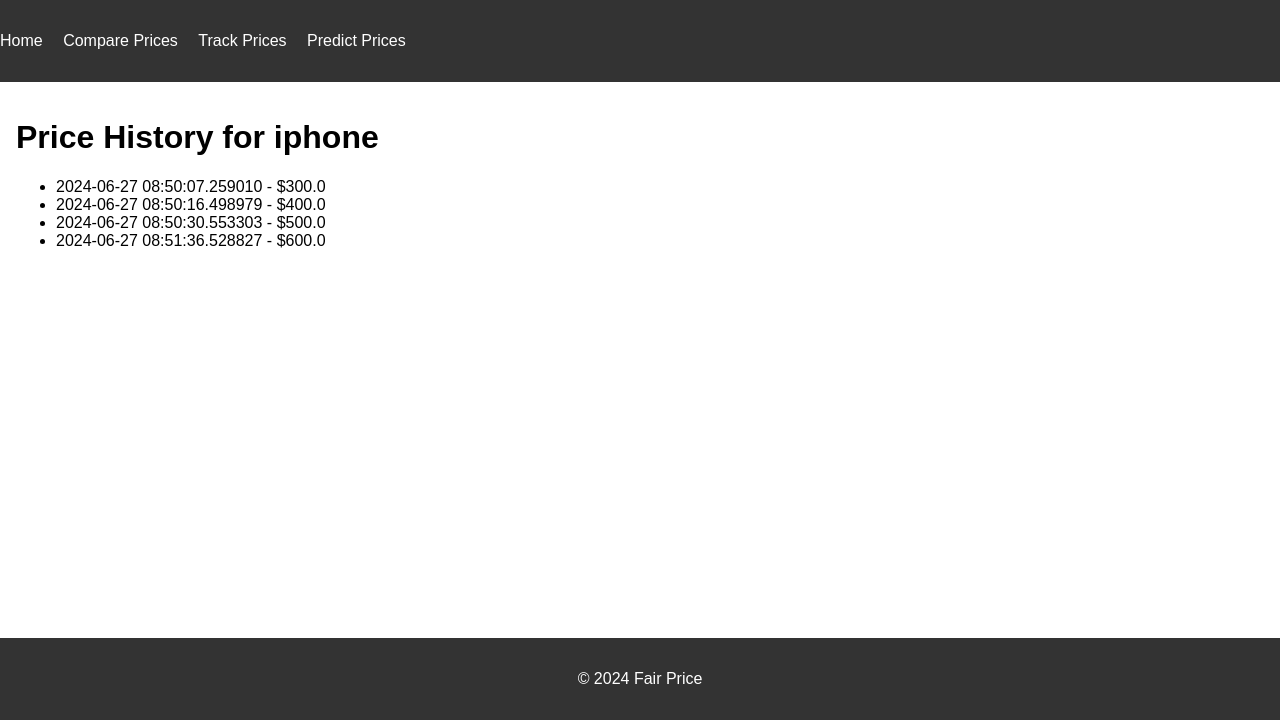
Repository: KanmegneTabouguie/Fairprice
Page: http://localhost/history/iphone
These files come from the project's save history. The page is drawn as it stood at one moment and after the next save; the edit follows.
The browser window is 1280 px wide. The pictures show the whole page.
The page is served by the project's application, run on Flask 3 (main.py). The page reads the database file committed with the project.

Above is the page before, as saved 2024-06-27 11:00:56.

After the next save:
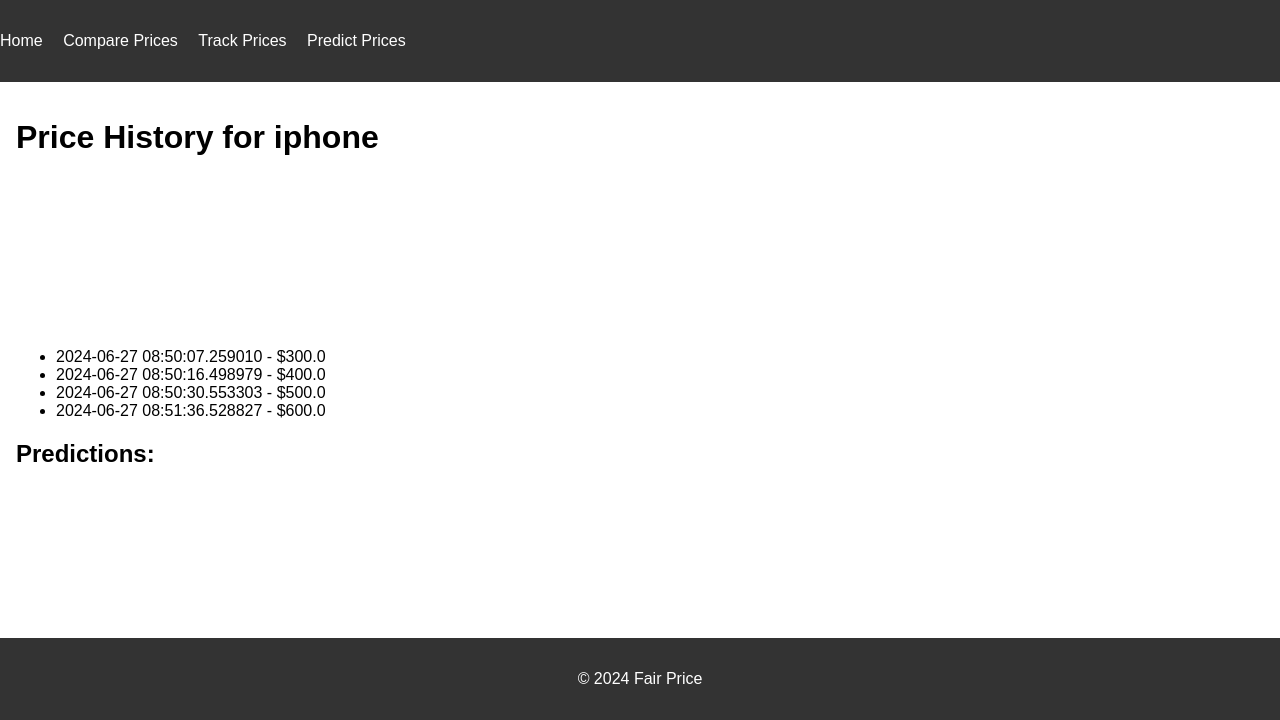
Console error: ReferenceError: datetime is not defined
Saved 31 s later.
--- a/templates/history.html
+++ b/templates/history.html
@@ -1,9 +1,57 @@
 {% extends "base.html" %}
 {% block content %}
 <h1>Price History for {{ product }}</h1>
+<canvas id="priceHistoryChart"></canvas>
 <ul>
 {% for price in prices %}
     <li>{{ price.timestamp }} - ${{ price.price }}</li>
 {% endfor %}
 </ul>
+<h2>Predictions:</h2>
+<ul>
+{% for prediction in predictions %}
+    <li>{{ prediction.timestamp }} - ${{ prediction.predicted_price }}</li>
+{% endfor %}
+</ul>
+<script src="https://cdn.jsdelivr.net/npm/chart.js"></script>
+<script>
+    const ctx = document.getElementById('priceHistoryChart').getContext('2d');
+    const labels = {{ prices | map(attribute='timestamp') | list }};
+    const data = {{ prices | map(attribute='price') | list }};
+    const predictions = {{ predictions | map(attribute='predicted_price') | list }};
+    const predictionLabels = {{ predictions | map(attribute='timestamp') | list }};
+    const chart = new Chart(ctx, {
+        type: 'line',
+        data: {
+            labels: labels.concat(predictionLabels),
+            datasets: [
+                {
+                    label: 'Price',
+                    data: data.concat(Array(predictionLabels.length).fill(null)),
+                    borderColor: 'blue',
+                    fill: false,
+                },
+                {
+                    label: 'Predicted Price',
+                    data: Array(labels.length).fill(null).concat(predictions),
+                    borderColor: 'red',
+                    fill: false,
+                }
+            ]
+        },
+        options: {
+            scales: {
+                x: {
+                    type: 'time',
+                    time: {
+                        unit: 'day'
+                    }
+                },
+                y: {
+                    beginAtZero: true
+                }
+            }
+        }
+    });
+</script>
 {% endblock %}
